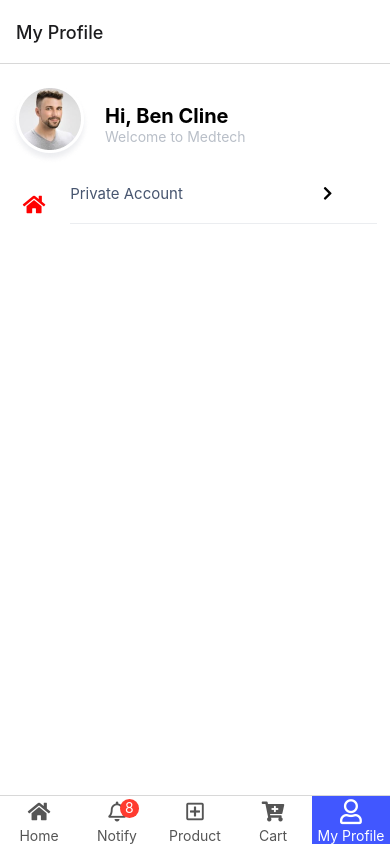
Repository: ntu34543/designReactNative
Screen: /My Profile
The author's editor kept a copy of each file at every save. The screen is drawn from the files as they stood at one save, then again after the next save.
The app was drawn by React Native's web renderer in a window 390 px wide. The project was rebuilt for these pictures with package versions that can differ from the ones it lists, and the page was loaded fresh each time. Also part of the build but not shown: page/DiabetesCare.js, page/Notify.js, page/Cart.js.

Above is the screen before, as saved 2022-11-02 10:54:31.

### App.js
import { StatusBar } from "expo-status-bar";
import { StyleSheet, Text, View, Pressable, TabBarIOSItem } from "react-native";
import { NavigationContainer } from "@react-navigation/native";
import { createStackNavigator } from "@react-navigation/stack";
import ScreenA from "./page/Home";
import ScreenB from "./page/DiabetesCare";
import Profile from "./page/Profile";
import Notify from "./page/Notify";
import Cart from "./page/Cart";
import FontAwesome5 from "react-native-vector-icons/FontAwesome5";
import { createBottomTabNavigator } from "@react-navigation/bottom-tabs";

const Tab = createBottomTabNavigator();
const Stack = createStackNavigator();
// const Tab = createStackNavigator();
export default function App() {
  return (
    <NavigationContainer>
      <Tab.Navigator
        // screenOptions={{ header: () => null }}
        screenOptions={({ route }) => ({
          tabBarIcon: ({ focused, size, color }) => {
            let iconName;
            if (route.name === "Home") {
              iconName = "home";
              size = focused ? 25 : 20;
              // color = focused ? "#f0f" : "#555";
            } else if (route.name === "Product") {
              iconName = "plus-square";
              size = focused ? 25 : 20;
              // color = focused ? "#f0f" : "#555";
            } else if (route.name === "My Profile") {
              iconName = "user";
              size = focused ? 25 : 20;
              // color = focused ? "#f0f" : "#555";
            } else if (route.name === "Notify") {
              iconName = "bell";
              size = focused ? 25 : 20;
              // color = focused ? "#f0f" : "#555";
            } else if (route.name === "Cart") {
              iconName = "cart-plus";
              size = focused ? 25 : 20;
              // color = focused ? "#f0f" : "#555";
            }
            return <FontAwesome5 name={iconName} size={size} color={color} />;
          },
        })}
        tabBarOptions={{
          activeTintColor: "white",
          activeBackgroundColor: "#4157ff",
          inactiveTintColor: "#555",
          inactiveBackgroundColor: "white",
          showLabel: true,
          labelStyle: { fontSize: 14 },
        }}
      >
        <Tab.Screen
          name="Home"
          component={ScreenA}
          // options={{ tabBarBadge: 3 }}
        />
        {/* options={{header: () => null}} */}
        <Tab.Screen name="Notify" options={{ tabBarBadge: 8 }} component={Notify} />
        <Tab.Screen name="Product" component={ScreenB} />
        <Tab.Screen name="Cart" component={Cart} />
        <Tab.Screen name="My Profile" component={Profile} />
      </Tab.Navigator>
    </NavigationContainer>
  );
}

### page/Home.js
import { StatusBar } from "expo-status-bar";
import { StyleSheet, Text, View, Pressable } from "react-native";

export default function ScreenA({ navigation }) {
  const onPressHandler = () => {
    navigation.navigate("Screen_B");
    // navigation.replace("Screen_B");
  };
  return (
    <View style={styles.body}>
      <Text style={styles.text}>Home</Text>
      <Pressable
        onPress={onPressHandler}
        style={({ pressed }) => ({
          backgroundColor: pressed ? "#ddd" : "#0f0",
        })}
      >
        <Text style={styles.text}>Go to the Screen B</Text>
      </Pressable>
    </View>
  );
}

const styles = StyleSheet.create({
  body: {
    flex: 1,
    justifyContent: "center",
    alignItems: "center",
  },
  text: {
    fontSize: 30,
    fontWeight: "bold",
  },
});

### page/Profile.js
import { useState } from "react";
import { StatusBar } from "expo-status-bar";
import {
  StyleSheet,
  Text,
  View,
  Pressable,
  Image,
  ScrollView,
  FlatList,
  SafeAreaView,
} from "react-native";
import FontAwesome5 from "react-native-vector-icons/FontAwesome5";

export default function Profile({ navigation }) {
  const onPressHandler = () => {
    navigation.navigate("Screen_A");
    // navigation.goBack();
  };
  return (
    <View style={styles.body}>
      <View style={styles.header}>
        <Image
          style={styles.image}
          source={require("../assets/img/profile.png")}
        />
        <View style={styles.inf}>
          <Text style={styles.text1}>Hi, Ben Cline</Text>
          <Text style={styles.text2}>Welcome to Medtech</Text>
        </View>
      </View>
      <View style={styles.main}>
        <View style={styles.block}>
          <FontAwesome5 name="home" size={20} color="red" />
          <View style={styles.item}>
            <Text style={styles.text3}>Private Account</Text>
            <FontAwesome5 name="chevron-right" size={15} color="black" style={styles.iconChevron} />
          </View>
        </View>
      </View>
    </View>
  );
}

const styles = StyleSheet.create({
  body: {
    flex: 1,
    backgroundColor: "white",
    paddingLeft: 10,
    paddingRight: 0,
  },
  text: {
    fontSize: 30,
    fontWeight: "bold",
  },
  header: {
    flexDirection: "row",
    alignItems: "center",
    marginTop: 20,
  },
  inf: {
    marginLeft: 15,
  },
  image: {},
  text1: {
    fontWeight: "bold",
    fontSize: 20,
  },
  text2: {
    fontWeight: "light",
    fontSize: 14,
    color: "#b9bfc8",
  },
  main: {},
  block: {
    flexDirection: "row",
    alignItems: "center",
    justifyContent: "center",
    padding: 20,
  },
  item: {
    flexDirection: "row",
    borderBottomWidth: 1,
    borderBottomColor: "#091C3F14",
    marginLeft: 25,
    alignItems: "center",
    paddingRight: 45,
    paddingBottom: 20,
  },
  text3: {
    color: "#091C3FBF",
    fontWeight: "light",
    fontSize: 15,
  },
  iconChevron : {
    paddingLeft: 140,
  }
});

After the next save:
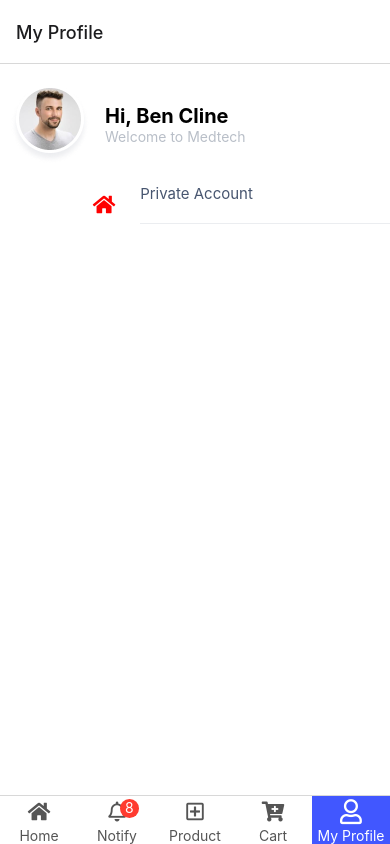
Saved 19 s later.
--- a/page/Profile.js
+++ b/page/Profile.js
@@ -31,7 +31,7 @@
       </View>
       <View style={styles.main}>
         <View style={styles.block}>
-          <FontAwesome5 name="home" size={20} color="red" />
+          <FontAwesome5 name="home" size={20} color="red" style={styles.iconChevron} />
           <View style={styles.item}>
             <Text style={styles.text3}>Private Account</Text>
             <FontAwesome5 name="chevron-right" size={15} color="black" style={styles.iconChevron} />

After the save that followed:
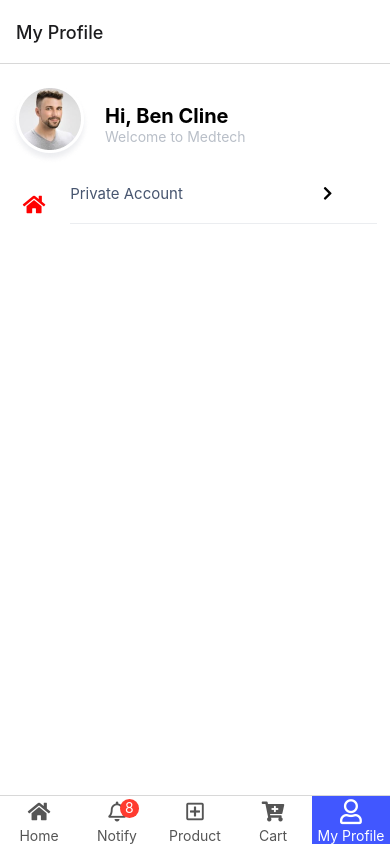
Saved 6 s later.
--- a/page/Profile.js
+++ b/page/Profile.js
@@ -31,7 +31,7 @@
       </View>
       <View style={styles.main}>
         <View style={styles.block}>
-          <FontAwesome5 name="home" size={20} color="red" style={styles.iconChevron} />
+          <FontAwesome5 name="home" size={20} color="red" style={styles.iconHome} />
           <View style={styles.item}>
             <Text style={styles.text3}>Private Account</Text>
             <FontAwesome5 name="chevron-right" size={15} color="black" style={styles.iconChevron} />
